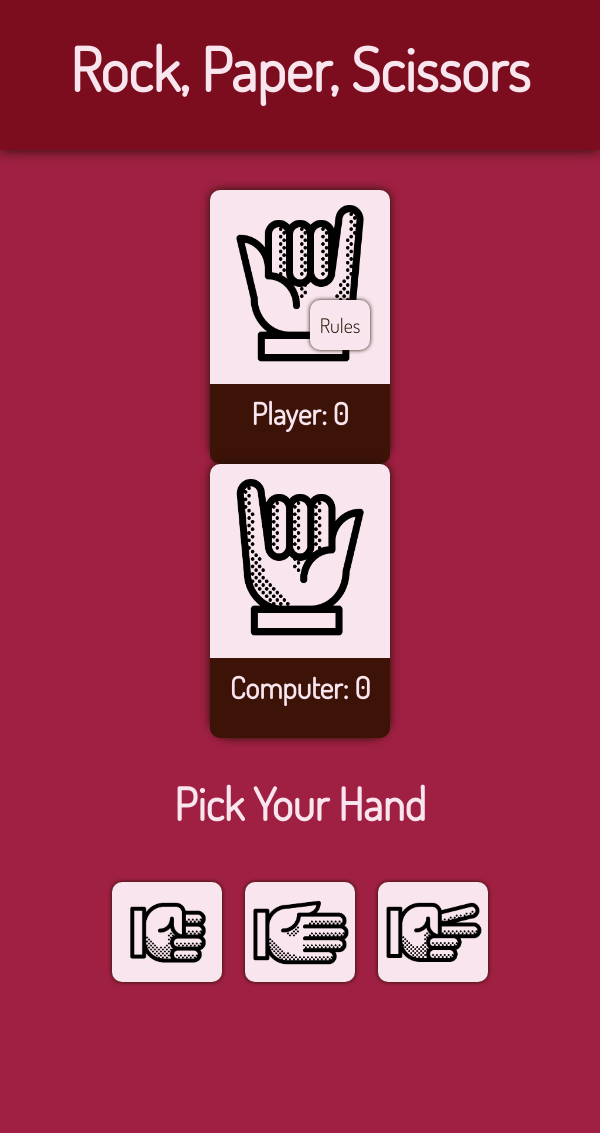
Repository: shayanabedi98/rock-paper-scissors
Page: index.html
An editor plug-in stored every save of this project. The page is shown before and after a run of saves, followed by the edit.
The browser window is 600 px wide. The pictures show the whole page.

Above is the page before, as saved 2023-07-21 13:20:01.

After the next 4 saves:
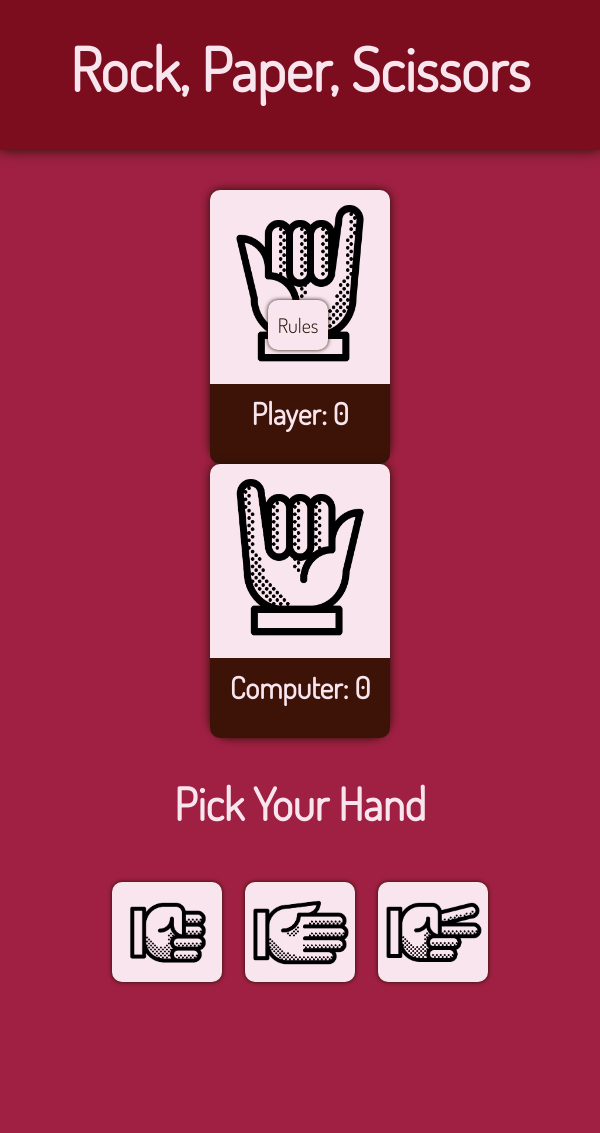
The 4 saves are shown as one change because they came seconds apart.
The last was saved 15 s later.
--- a/styles.css
+++ b/styles.css
@@ -199,6 +199,6 @@ h1 {
     .rules-btn button {
         width: 60px;
         font-size: 20px;
-        margin-left: 10%;
-    }
-}
+        margin-left: 3%;
+    }
+}
